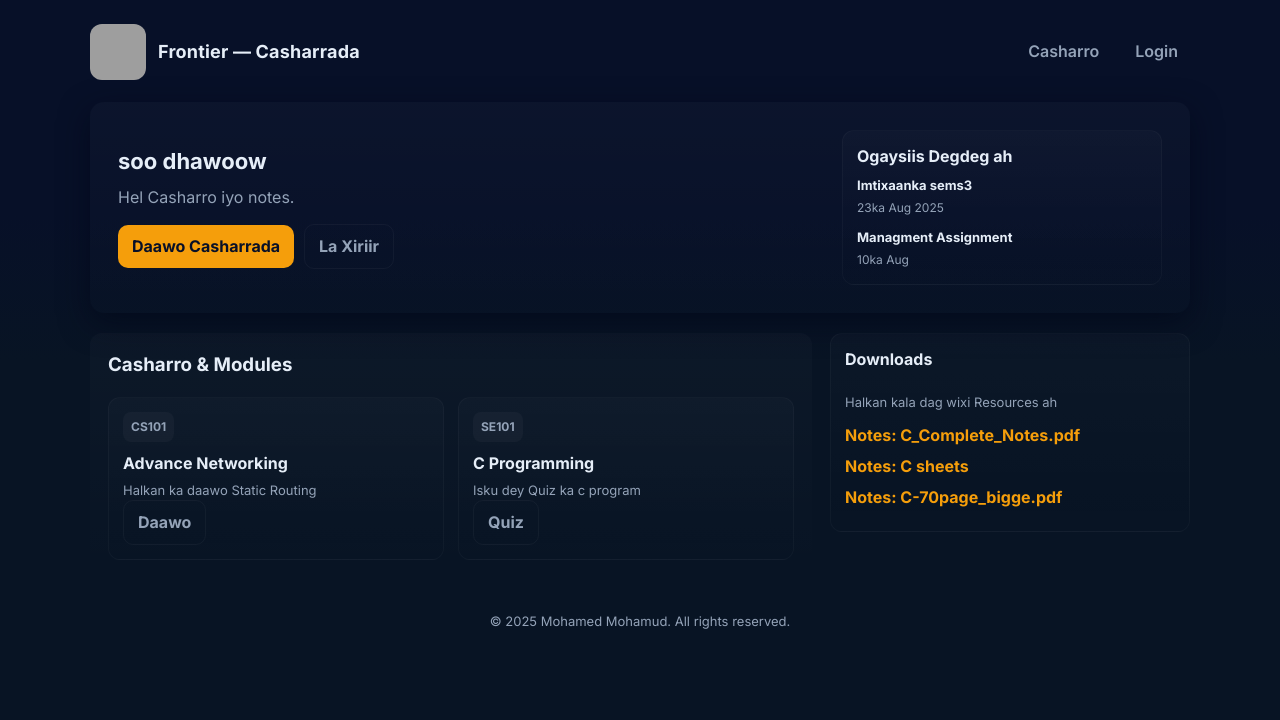
Repository: mrfiiqane/Al-Tacaawun.com
Page: index.html
An editor plug-in stored every save of this project. The page is shown before and after the next save, followed by the edit.
The browser window is 1280 px wide. The pictures show the whole page.
Pictures or frames that could not be fetched are drawn as grey boxes.

Above is the page before, as saved 2025-08-12 08:14:17.

After the next save:
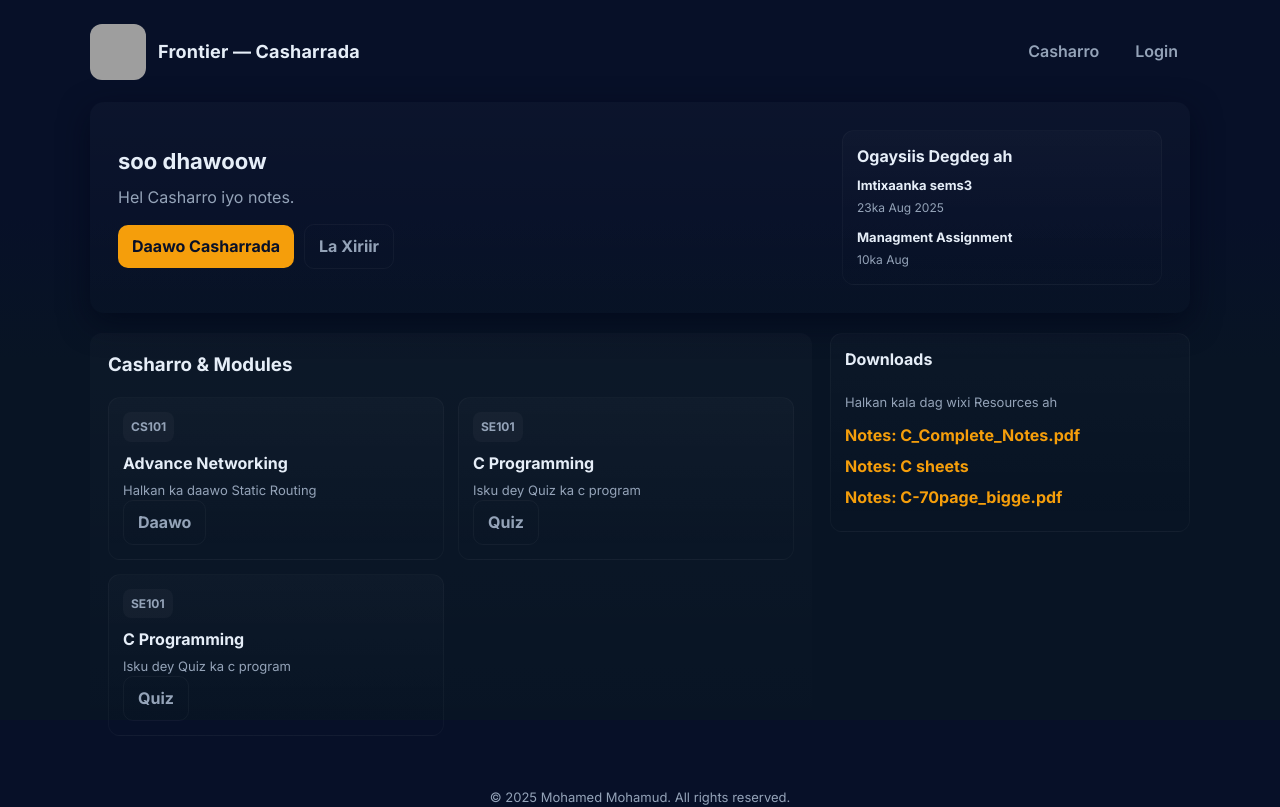
Saved 35 s later.
--- a/index.html
+++ b/index.html
@@ -66,6 +66,12 @@
               <p>Isku dey Quiz ka c program</p>
               <a class="btn secondary" href="https://quiz-with-c.vercel.app/" >Quiz</a>
             </article>
+            <article class="course">
+              <span class="code">SE101</span>
+              <h3>C Programming</h3>
+              <p>Isku dey Quiz ka c program</p>
+              <a class="btn secondary" href="https://quiz-with-c.vercel.app/" >Quiz</a>
+            </article>
 
 
 

After the save that followed:
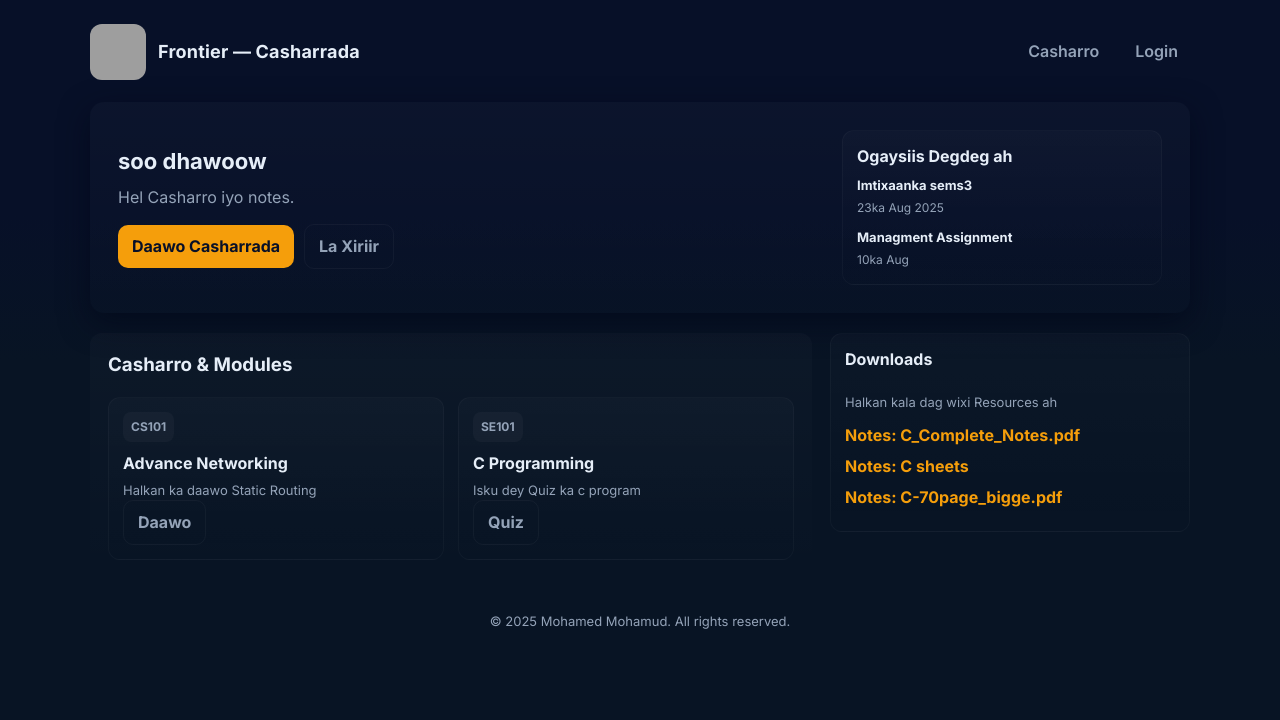
Saved 8 s later.
--- a/index.html
+++ b/index.html
@@ -66,12 +66,6 @@
               <p>Isku dey Quiz ka c program</p>
               <a class="btn secondary" href="https://quiz-with-c.vercel.app/" >Quiz</a>
             </article>
-            <article class="course">
-              <span class="code">SE101</span>
-              <h3>C Programming</h3>
-              <p>Isku dey Quiz ka c program</p>
-              <a class="btn secondary" href="https://quiz-with-c.vercel.app/" >Quiz</a>
-            </article>
 
 
 
